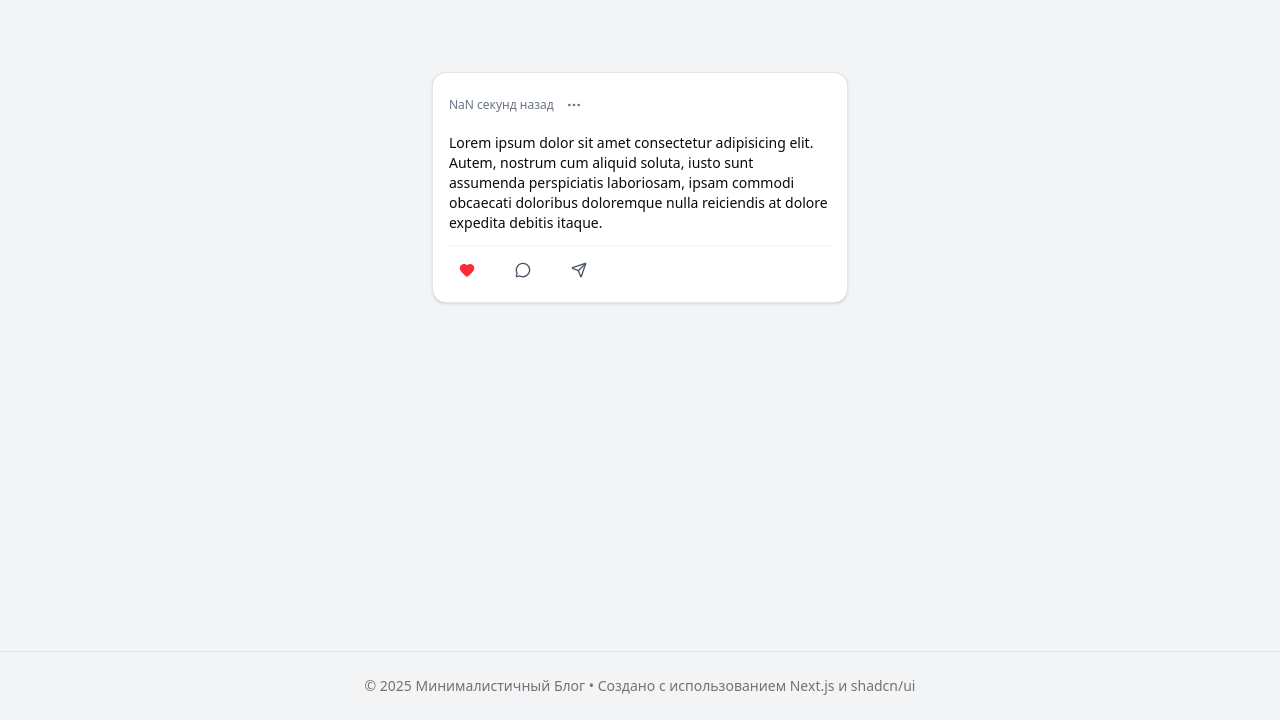
Repository: maxempolk/Telegram-channel
Page: /
The author's editor kept a copy of each file at every save. The page is drawn from the files as they stood at one save, then again after the next save.
The browser window is 1280 px wide. The pictures show the whole page.
The project was rebuilt for these pictures with package versions that can differ from the ones it lists, and the page was loaded fresh each time. The framework's server and built-in components were replaced by stand-ins that run in the browser. Also part of the build but not shown: next.config.ts.

Above is the page before, as saved 2025-03-09 01:34:25.

After the next save:
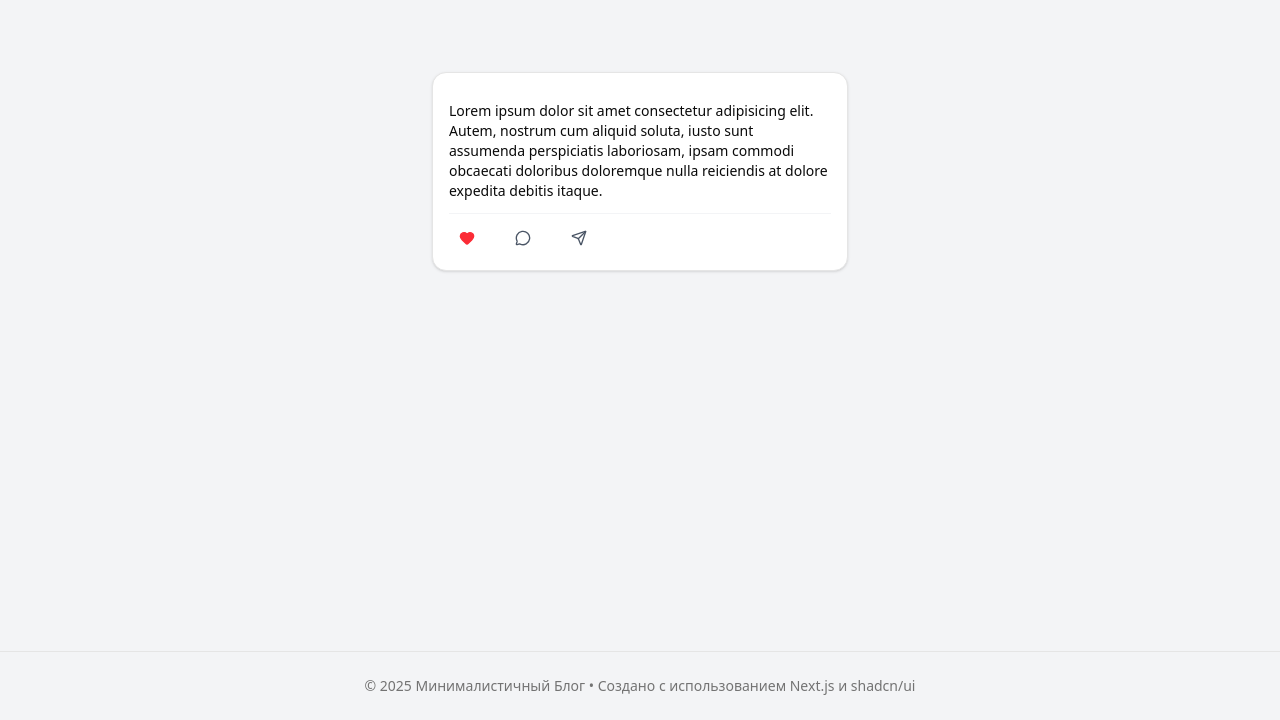
Saved 10 s later.
--- a/src/components/post/Post.tsx
+++ b/src/components/post/Post.tsx
@@ -46,12 +46,6 @@ const Post: FC<PostProps> = ({ post }) => {
                 <User className="text-muted-foreground size-6" />
               </div>
             </div> */}
-            <div className="text-xs text-gray-500 flex items-center">
-              {getTimeAgo(post.date)}
-              <Button variant="ghost" size="icon" className="h-8 w-8 ml-1">
-                <MoreHorizontal className="h-4 w-4" />
-              </Button>
-            </div>
           </div>
 
           <div className="text-sm mb-3">{post.content}</div>
